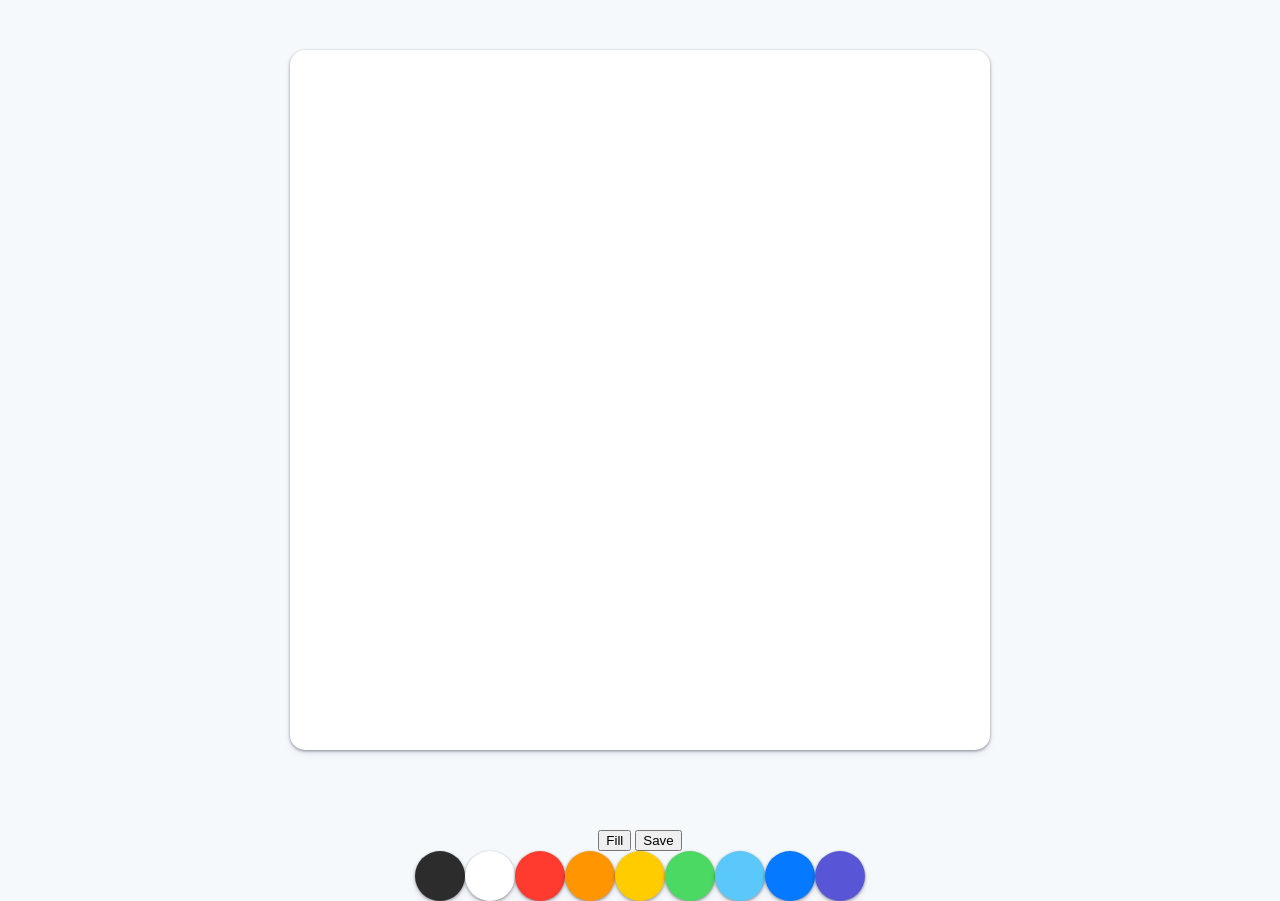
Repository: haleyjung/paintjs
Page: index.html
An editor plug-in stored every save of this project. The page is shown before and after the next save, followed by the edit.
The browser window is 1280 px wide. The pictures show the whole page.

Above is the page before, as saved 2020-11-24 22:44:14.

After the next save:
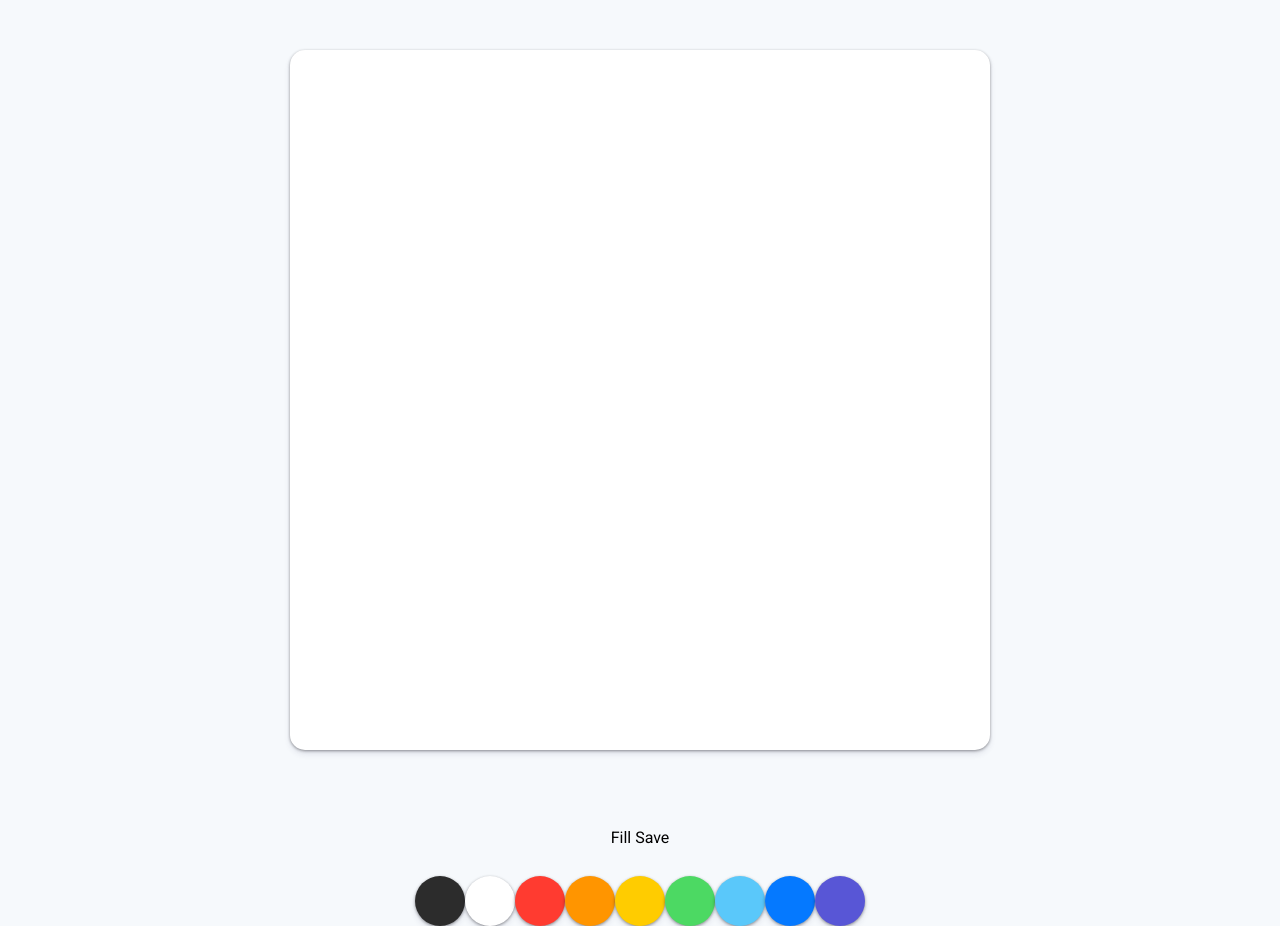
Saved 11 min 55 s later.
--- a/style.css
+++ b/style.css
@@ -25,6 +25,14 @@ body {
   align-items: center;
 }
 
+.controls .controls__btns {
+  margin-bottom: 30px;
+}
+
+.controls__btns button {
+  all: unset;
+}
+
 .controls .controls__colors {
   display: flex;
 }
